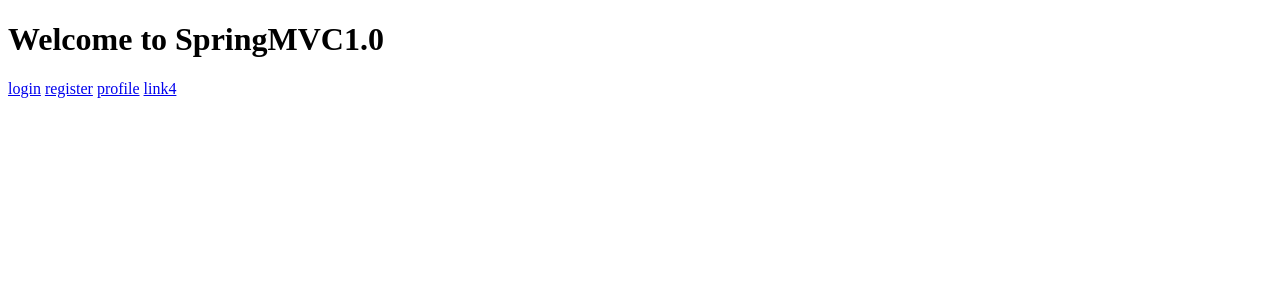
Repository: cjwarrior7/Ust_training2-of-eclipse
Page: http://localhost/SpringMVCDemo1.0/
These files come from the project's save history. The page is drawn as it stood at one moment and after the next save; the edit follows.
The browser window is 1280 px wide. The pictures show the whole page.
The page is served by Tomcat 9. Other server files are loaded and not shown.

Above is the page before, as saved 2020-01-16 19:02:49.

### eclipse-workspace/SpringMVCDemo1.0/WebContent/index.jsp
<%@ page language="java" contentType="text/html; charset=UTF-8"
    pageEncoding="UTF-8"%>
<!DOCTYPE html>
<html>
<head>
<meta charset="UTF-8">
<title>Index Page</title>
</head>
<body>
<h1>Welcome to SpringMVC1.0</h1>
<a href=login>login</a>
<a href=register>register</a>
<a href=profile>profile</a>
<a href=link4>link4</a>
<!-- ctrl+shift+t -to copy class name of dispatcher servlet-->
</body>
</html>

After the next save:
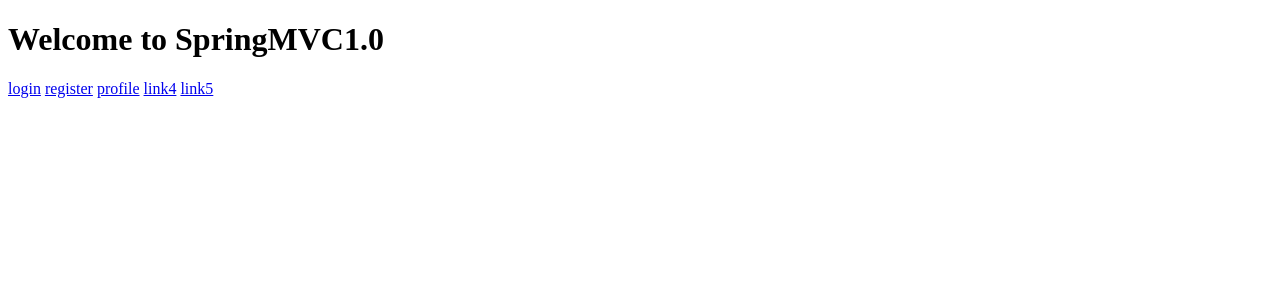
Saved 16 min 13 s later.
--- a/eclipse-workspace/SpringMVCDemo1.0/WebContent/index.jsp
+++ b/eclipse-workspace/SpringMVCDemo1.0/WebContent/index.jsp
@@ -12,6 +12,7 @@
 <a href=register>register</a>
 <a href=profile>profile</a>
 <a href=link4>link4</a>
+<a href=link5>link5</a>
 <!-- ctrl+shift+t -to copy class name of dispatcher servlet-->
 </body>
 </html>
